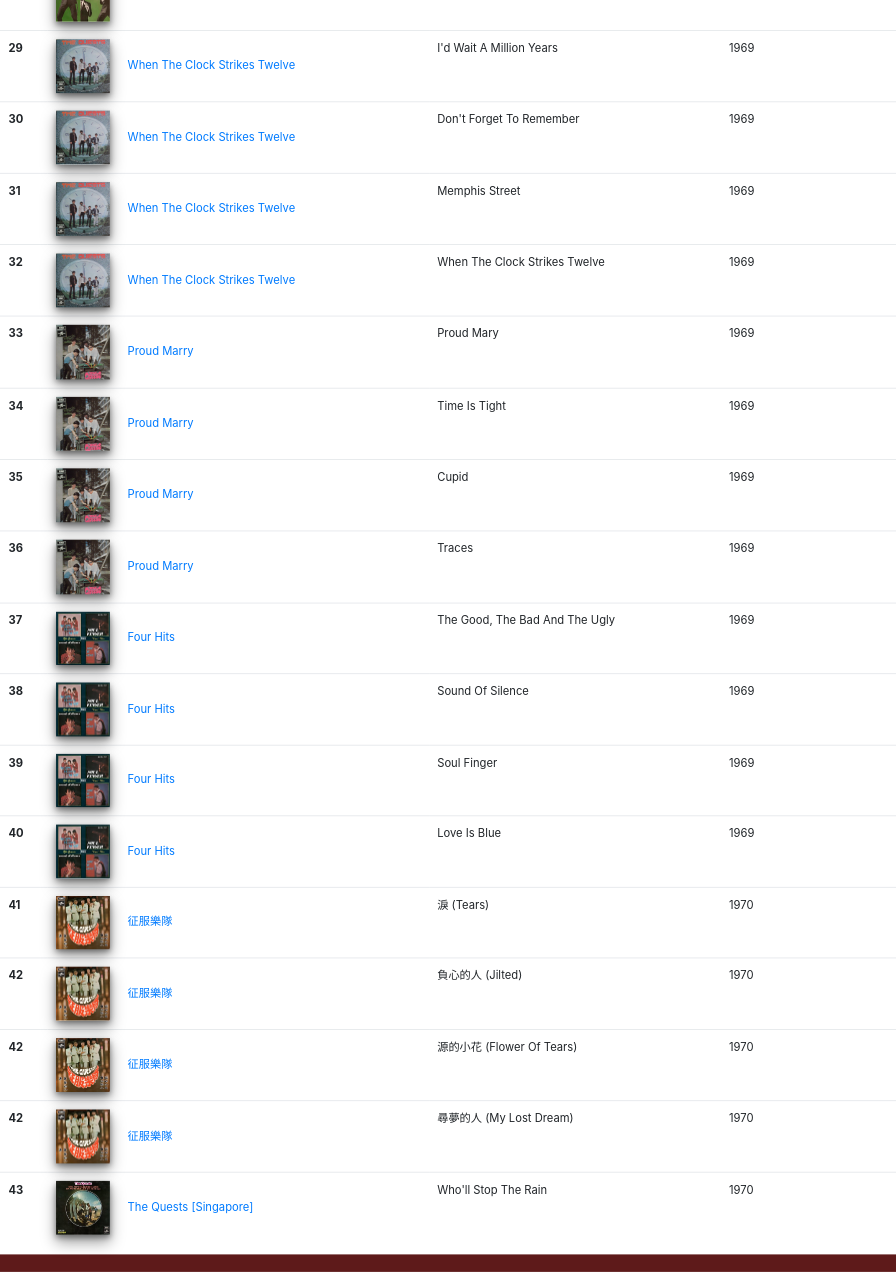
Repository: SamLookingGlass/User-Centric-Frontend-Development-Project
Page: music.html
The author's editor kept a record of every edit. The page is drawn from the files as they stood at one moment, then again after the next edit.
The browser window is 1280 px wide. The pictures show the part of the page from y = 3450 to 5370 px (the page is 5267 px tall before and 5370 px after), at 70% of full size.
Some web libraries are served in a nearby version.

Above is the page before.

### music.html
<!doctype html>
<html lang="en">

<head>
  <!-- Required meta tags -->
  <meta charset="utf-8">
  <meta name="viewport" content="width=device-width, initial-scale=1, shrink-to-fit=no">

  <!-- Bootstrap CSS -->
  <link rel="stylesheet" href="https://maxcdn.bootstrapcdn.com/bootstrap/4.0.0/css/bootstrap.min.css" integrity="sha384-Gn5384xqQ1aoWXA+058RXPxPg6fy4IWvTNh0E263XmFcJlSAwiGgFAW/dAiS6JXm" crossorigin="anonymous">

  <!-- Google Fonts CSS -->
  <link href="https://fonts.googleapis.com/css?family=Fjalla+One&display=swap" rel="stylesheet">
  <link href="https://fonts.googleapis.com/css?family=Amatic+SC&display=swap" rel="stylesheet">
  <link href="https://fonts.googleapis.com/css?family=Playfair+Display&display=swap" rel="stylesheet">

  <!-- Font Awesoe CSS -->
  <link rel="stylesheet" href="https://cdnjs.cloudflare.com/ajax/libs/font-awesome/4.7.0/css/font-awesome.min.css">

  <!-- Own Stylesheet -->
  <link href="style.css" rel="stylesheet" type="text/css" />

  <title>The Quests Official - Music</title>
</head>

<body id="borderhome">
  <nav class="fontnew" id="navbg">
    <div class="container-fluid">
      <div class="row d-lg-flex">
        <div class="col-5 navnew navleft d-flex justify-content-end">
          <ul class="d-flex">
            <li><a href="home.html">HOME</a></li>
            <li id="active"><a href="music.html">MUSIC</a></li>
            <li><a href="history.html">HISTORY</a></li>
          </ul>
        </div>
        <div class="col-2 d-lg-flex justify-content-center">
          <a class="" href="home.html">
            <img id="navlogo" class="img-fluid" src="images/logo/logo.png" alt="Quests Logo">
          </a>
        </div>
        <div class="col-5 navnew navright d-lg-flex justify-content-start">
          <ul class="d-flex">
            <li><a href="tour.html">TOUR</a></li>
            <li><a href="gallery.html">GALLERY</a></li>
          </ul>
        </div>
      </div>
    </div>
  </nav>
  <main>
    <div id="imagebg">
    </div>
  </main>
  <section>
    <div style="height:420pt" class="container-fluid">
      <div class="row">
        <div class="col-1"></div>
        <div class="col-5 fonttypo-gallery">
          <h2 class="cardbod">
            “Mrs Devan liked both songs and she asked me what my tune was called.
            <br>
            <br> I didn’t have a name, so at the spur of the moment, I said: ‘Call it Shanty’.”
            <br>
            <br>
          </h2>
          <h3>
            <span class="blockheader1">- Henry Chua, Bassist</span>
          </h3>
        </div>
        <div class="col-5 d-flex cardbod-music fonttypo-gallery">
          <div class="row">
            <iframe width="250" height="250" scrolling="no" frameborder="no" allow="autoplay" src="https://w.soundcloud.com/player/?url=https%3A//api.soundcloud.com/tracks/129465381&color=%23ff5500&auto_play=false&hide_related=false&show_comments=false&show_user=false&show_reposts=false&show_teaser=false&visual=true"></iframe>
            <iframe width="250" height="250" scrolling="no" frameborder="no" allow="autoplay" src="https://w.soundcloud.com/player/?url=https%3A//api.soundcloud.com/tracks/264145685&color=%23ff5500&auto_play=false&hide_related=false&show_comments=false&show_user=false&show_reposts=false&show_teaser=false&visual=true"></iframe>
          </div>
          <div class="row">
            <iframe width="250" height="250" scrolling="no" frameborder="no" allow="autoplay" src="https://w.soundcloud.com/player/?url=https%3A//api.soundcloud.com/tracks/2890725&color=%23ff5500&auto_play=false&hide_related=false&show_comments=false&show_user=false&show_reposts=false&show_teaser=false&visual=true"></iframe>
            <iframe width="250" height="250" scrolling="no" frameborder="no" allow="autoplay" src="https://w.soundcloud.com/player/?url=https%3A//api.soundcloud.com/tracks/2890821&color=%23ff5500&auto_play=false&hide_related=false&show_comments=false&show_user=false&show_reposts=false&show_teaser=false&visual=true"></iframe>
          </div>
        </div>
        <div class="col-1"></div>
      </div>
    </div>
  </section>
  <section>
    <table class="table table-hover">
      <thead>
        <tr>
          <th>#</th>
          <th>Album</th>
          <th>Song</th>
          <th>Year Released</th>
        </tr>
      </thead>
      <tbody class="albumclass">
        <tr>
          <th scope="row">1</th>
          <td><a href="http://www.45cat.com/record/chk1009" target="_blank"><img src="images/albums/a1.jpg" alt="Album Cover">The Quests [Singapore]</a></td>
          <td>Shanty</td>
          <td>1964</td>
        </tr>
        <tr>
          <th scope="row">2</th>
          <td><a href="http://www.45cat.com/record/chk1009" target="_blank"><img src="images/albums/a1.jpg" alt="Album Cover">The Quests [Singapore]</a></td>
          <td>Gallopin'</td>
          <td>1964</td>
        </tr>
        <tr>
          <th scope="row">3</th>
          <td><a href="http://www.45cat.com/record/chk1050" target="_blank"><img src="images/albums/a2.jpg" alt="Album Cover">The Quests [Singapore]</a></td>
          <td>Pop Inn Theme (Watch Your Step)</td>
          <td>1965</td>
        </tr>
        <tr>
          <th scope="row">4</th>
          <td><a href="http://www.45cat.com/record/chk1050" target="_blank"><img src="images/albums/a2.jpg" alt="Album Cover">The Quests [Singapore]</a></td>
          <td>Tea Break</td>
          <td>1965</td>
        </tr>
        <tr>
          <th scope="row">5</th>
          <td><a href="http://www.45cat.com/record/chk1051" target="_blank"><img src="images/albums/a3.jpg" alt="Album Cover">Keith Locke And The Quests</a></td>
          <td>Be My Girl</td>
          <td>1965</td>
        </tr>
        <tr>
          <th scope="row">6</th>
          <td><a href="http://www.45cat.com/record/chk1051" target="_blank"><img src="images/albums/a3.jpg" alt="Album Cover">Keith Locke And The Quests</a></td>
          <td>Don't PLay That Song (You Lied)</td>
          <td>1965</td>
        </tr>
        <tr>
          <th scope="row">7</th>
          <td><a href="http://www.45cat.com/record/chk1063" target="_blank"><img src="images/albums/a4.jpg" alt="Album Cover">Wishing You A Merry X'mas</a></td>
          <td>Jingle Bells</td>
          <td>1967</td>
        </tr>
        <tr>
          <th scope="row">8</th>
          <td><a href="http://www.45cat.com/record/chk1063" target="_blank"><img src="images/albums/a4.jpg" alt="Album Cover">Wishing You A Merry X'mas</a></td>
          <td>Santa Claus Is Coming To Town</td>
          <td>1967</td>
        </tr>
        <tr>
          <th scope="row">9</th>
          <td><a href="http://www.45cat.com/record/chk1063" target="_blank"><img src="images/albums/a4.jpg" alt="Album Cover">Wishing You A Merry X'mas</a></td>
          <td>White Christmas</td>
          <td>1967</td>
        </tr>
        <tr>
          <th scope="row">10</th>
          <td><a href="http://www.45cat.com/record/chk1063" target="_blank"><img src="images/albums/a4.jpg" alt="Album Cover">Wishing You A Merry X'mas</a></td>
          <td>We Wish You A Merry Christmas</td>
          <td>1967</td>
        </tr>
        <tr>
          <th scope="row">11</th>
          <td><a href="http://www.45cat.com/record/chk1065" target="_blank"><img src="images/albums/a5.jpg" alt="Album Cover">The Quests [Singapore]</a></td>
          <td>Mr. Rainbow</td>
          <td>1967</td>
        </tr>
        <tr>
          <th scope="row">12</th>
          <td><a href="http://www.45cat.com/record/chk1065" target="_blank"><img src="images/albums/a5.jpg" alt="Album Cover">The Quests [Singapore]</a></td>
          <td>Never Ever</td>
          <td>1967</td>
        </tr>
        <tr>
          <th scope="row">13</th>
          <td><a href="http://www.45cat.com/record/sego70115" target="_blank"><img src="images/albums/a6.jpg" alt="Album Cover">Go-Go Requests</a></td>
          <td>Mustapha</td>
          <td>1967</td>
        </tr>
        <tr>
          <th scope="row">14</th>
          <td><a href="http://www.45cat.com/record/sego70115" target="_blank"><img src="images/albums/a6.jpg" alt="Album Cover">Go-Go Requests</a></td>
          <td>Rose, Rose I Love You</td>
          <td>1967</td>
        </tr>
        <tr>
          <th scope="row">15</th>
          <td><a href="http://www.45cat.com/record/sego70115" target="_blank"><img src="images/albums/a6.jpg" alt="Album Cover">Go-Go Requests</a></td>
          <td>Ding Dong Twist</td>
          <td>1967</td>
        </tr>
        <tr>
          <th scope="row">16</th>
          <td><a href="http://www.45cat.com/record/sego70115" target="_blank"><img src="images/albums/a6.jpg" alt="Album Cover">Go-Go Requests</a></td>
          <td>Nonya Baba A Go Go</td>
          <td>1967</td>
        </tr>
        <tr>
          <th scope="row">17</th>
          <td><a href="http://www.45cat.com/record/echk587" target="_blank"><img src="images/albums/a7.jpg" alt="Album Cover">Instrumentally Yours</a></td>
          <td>The Indian Maid</td>
          <td>1968</td>
        </tr>
        <tr>
          <th scope="row">18</th>
          <td><a href="http://www.45cat.com/record/echk587" target="_blank"><img src="images/albums/a7.jpg" alt="Album Cover">Instrumentally Yours</a></td>
          <td>Return Of Spring</td>
          <td>1968</td>
        </tr>
        <tr>
          <th scope="row">19</th>
          <td><a href="http://www.45cat.com/record/echk587" target="_blank"><img src="images/albums/a7.jpg" alt="Album Cover">Instrumentally Yours</a></td>
          <td>Sayonara</td>
          <td>1968</td>
        </tr>
        <tr>
          <th scope="row">20</th>
          <td><a href="http://www.45cat.com/record/echk587" target="_blank"><img src="images/albums/a7.jpg" alt="Album Cover">Instrumentally Yours</a></td>
          <td>Why Go To The Template</td>
          <td>1968</td>
        </tr>
        <tr>
          <th scope="row">21</th>
          <td><a href="http://www.45cat.com/record/echk612" target="_blank"><img src="images/albums/a8.jpg" alt="Album Cover">Conquests</a></td>
          <td>Jesamine</td>
          <td>1968</td>
        </tr>
        <tr>
          <th scope="row">22</th>
          <td><a href="http://www.45cat.com/record/echk612" target="_blank"><img src="images/albums/a8.jpg" alt="Album Cover">Conquests</a></td>
          <td>What Is Soul</td>
          <td>1968</td>
        </tr>
        <tr>
          <th scope="row">23</th>
          <td><a href="http://www.45cat.com/record/echk612" target="_blank"><img src="images/albums/a8.jpg" alt="Album Cover">Conquests</a></td>
          <td>Sunshine Of Your Love</td>
          <td>1968</td>
        </tr>
        <tr>
          <th scope="row">24</th>
          <td><a href="http://www.45cat.com/record/echk612" target="_blank"><img src="images/albums/a8.jpg" alt="Album Cover">Conquests</a></td>
          <td>Hey Girl</td>
          <td>1968</td>
        </tr>
        <tr>
          <th scope="row">25</th>
          <td><a href="http://www.45cat.com/record/echk634" target="_blank"><img src="images/albums/a9.jpg" alt="Album Cover">Keith Locke And The Quests</a></td>
          <td>Don't Play That Song (You Lied)</td>
          <td>1969 (Re-released)</td>
        </tr>
        <tr>
          <th scope="row">26</th>
          <td><a href="http://www.45cat.com/record/echk634" target="_blank"><img src="images/albums/a9.jpg" alt="Album Cover">Keith Locke And The Quests</a></td>
          <td>Be My Girl</td>
          <td>1969 (Re-released)</td>
        </tr>
        <tr>
          <th scope="row">27</th>
          <td><a href="http://www.45cat.com/record/echk634" target="_blank"><img src="images/albums/a9.jpg" alt="Album Cover">Keith Locke And The Quests</a></td>
          <td>I'm On Top Of The World</td>
          <td>1969</td>
        </tr>
        <tr>
          <th scope="row">28</th>
          <td><a href="http://www.45cat.com/record/echk634" target="_blank"><img src="images/albums/a9.jpg" alt="Album Cover">Keith Locke And The Quests</a></td>
          <td>Mockingbird Hill</td>
          <td>1969</td>
        </tr>
        <tr>
          <th scope="row">29</th>
          <td><a href="https://www.discogs.com/The-Quests-When-The-Clock-Strikes-Twelve/master/1442174" target="_blank"><img src="images/albums/a10.jpg" alt="Album Cover">When The Clock Strikes Twelve</a></td>
          <td>I'd Wait A Million Years</td>
          <td>1969</td>
        </tr>
        <tr>
          <th scope="row">30</th>
          <td><a href="https://www.discogs.com/The-Quests-When-The-Clock-Strikes-Twelve/master/1442174" target="_blank"><img src="images/albums/a10.jpg" alt="Album Cover">When The Clock Strikes Twelve</a></td>
          <td>Don't Forget To Remember</td>
          <td>1969</td>
        </tr>
        <tr>
          <th scope="row">31</th>
          <td><a href="https://www.discogs.com/The-Quests-When-The-Clock-Strikes-Twelve/master/1442174" target="_blank"><img src="images/albums/a10.jpg" alt="Album Cover">When The Clock Strikes Twelve</a></td>
          <td>Memphis Street</td>
          <td>1969</td>
        </tr>
        <tr>
          <th scope="row">32</th>
          <td><a href="https://www.discogs.com/The-Quests-When-The-Clock-Strikes-Twelve/master/1442174" target="_blank"><img src="images/albums/a10.jpg" alt="Album Cover">When The Clock Strikes Twelve</a></td>
          <td>When The Clock Strikes Twelve</td>
          <td>1969</td>
        </tr>
        <tr>
          <th scope="row">33</th>
          <td><a href="https://www.discogs.com/The-Quests-Proud-Mary/master/1442173" target="_blank"><img src="images/albums/a11.jpg" alt="Album Cover">Proud Marry</a></td>
          <td>Proud Mary</td>
          <td>1969</td>
        </tr>
        <tr>
          <th scope="row">34</th>
          <td><a href="https://www.discogs.com/The-Quests-Proud-Mary/master/1442173" target="_blank"><img src="images/albums/a11.jpg" alt="Album Cover">Proud Marry</a></td>
          <td>Time Is Tight </td>
          <td>1969</td>
        </tr>
        <tr>
          <th scope="row">35</th>
          <td><a href="https://www.discogs.com/The-Quests-Proud-Mary/master/1442173" target="_blank"><img src="images/albums/a11.jpg" alt="Album Cover">Proud Marry</a></td>
          <td>Cupid</td>
          <td>1969</td>
        </tr>
        <tr>
          <th scope="row">36</th>
          <td><a href="https://www.discogs.com/The-Quests-Proud-Mary/master/1442173" target="_blank"><img src="images/albums/a11.jpg" alt="Album Cover">Proud Marry</a></td>
          <td>Traces</td>
          <td>1969</td>
        </tr>
        <tr>
          <th scope="row">37</th>
          <td><a href="http://www.45cat.com/record/echk613" target="_blank"><img src="images/albums/a12.jpg" alt="Album Cover">Four Hits</a></td>
          <td>The Good, The Bad And The Ugly</td>
          <td>1969</td>
        </tr>
        <tr>
          <th scope="row">38</th>
          <td><a href="http://www.45cat.com/record/echk613" target="_blank"><img src="images/albums/a12.jpg" alt="Album Cover">Four Hits</a></td>
          <td>Sound Of Silence</td>
          <td>1969</td>
        </tr>
        <tr>
          <th scope="row">39</th>
          <td><a href="http://www.45cat.com/record/echk613" target="_blank"><img src="images/albums/a12.jpg" alt="Album Cover">Four Hits</a></td>
          <td>Soul Finger</td>
          <td>1969</td>
        </tr>
        <tr>
          <th scope="row">40</th>
          <td><a href="http://www.45cat.com/record/echk613" target="_blank"><img src="images/albums/a12.jpg" alt="Album Cover">Four Hits</a></td>
          <td>Love Is Blue</td>
          <td>1969</td>
        </tr>
        <tr>
          <th scope="row">41</th>
          <td><a href="http://www.45cat.com/record/echk644" target="_blank"><img src="images/albums/a13.jpg" alt="Album Cover">征服樂隊</a></td>
          <td>淚 (Tears)</td>
          <td>1970</td>
        </tr>
        <tr>
          <th scope="row">42</th>
          <td><a href="http://www.45cat.com/record/echk644" target="_blank"><img src="images/albums/a13.jpg" alt="Album Cover">征服樂隊</a></td>
          <td>負心的人 (Jilted)</td>
          <td>1970</td>
        </tr>
        <tr>
          <th scope="row">42</th>
          <td><a href="http://www.45cat.com/record/echk644" target="_blank"><img src="images/albums/a13.jpg" alt="Album Cover">征服樂隊</a></td>
          <td>源的小花 (Flower Of Tears)</td>
          <td>1970</td>
        </tr>
        <tr>
          <th scope="row">42</th>
          <td><a href="http://www.45cat.com/record/echk644" target="_blank"><img src="images/albums/a13.jpg" alt="Album Cover">征服樂隊</a></td>
          <td>尋夢的人 (My Lost Dream)</td>
          <td>1970</td>
        </tr>
        <tr>
          <th scope="row">43</th>
          <td><a href="http://www.45cat.com/record/sechk649" target="_blank"><img src="images/albums/a14.jpg" alt="Album Cover">The Quests [Singapore]</a></td>
          <td>Who'll Stop The Rain</td>
          <td>1970</td>
        </tr>
      </tbody>
    </table>
  </section>
  <footer class="fixed-bottom fontfooter" id="navbg1">
    <div class="container-fluid">
      <div class="row">
        <div class="col-3">© Designed by Sam Tan </div>
        <div class="col-6 d-lg-flex justify-content-center"></div>
        <div class="col-3">
          <!--<a href=""><i class="fa fa-facebook-square" style="font-size:22px"></i></a>-->
          <a href="https://open.spotify.com/artist/4AOgY5YwQw4d5pgEX3f56A" target="_blank"><i class="fa fa-spotify" style="font-size:22px"></i></a>
          <a href="https://www.youtube.com/user/JoeWuSeattleWaUSA/featured" target="_blank"><i class="fa fa-youtube-play" style="font-size:22px"></i></a>
          <a href="https://soundcloud.com/user-73693220/keith-locke-the-quests-dont-1" target="_blank"><i class="fa fa-soundcloud" style="font-size:22px"></i></a>
          <a href="https://en.wikipedia.org/wiki/The_Quests" target="_blank"><i class="fa fa-wikipedia-w" style="font-size:22px"></i></a>
        </div>
      </div>
    </div>
  </footer>



  <!-- Optional JavaScript -->
  <!-- jQuery first, then Popper.js, then Bootstrap JS -->
  <script src="https://code.jquery.com/jquery-3.2.1.slim.min.js" integrity="sha384-KJ3o2DKtIkvYIK3UENzmM7KCkRr/rE9/Qpg6aAZGJwFDMVNA/GpGFF93hXpG5KkN" crossorigin="anonymous"></script>
  <script src="https://cdnjs.cloudflare.com/ajax/libs/popper.js/1.12.9/umd/popper.min.js" integrity="sha384-ApNbgh9B+Y1QKtv3Rn7W3mgPxhU9K/ScQsAP7hUibX39j7fakFPskvXusvfa0b4Q" crossorigin="anonymous"></script>
  <script src="https://maxcdn.bootstrapcdn.com/bootstrap/4.0.0/js/bootstrap.min.js" integrity="sha384-JZR6Spejh4U02d8jOt6vLEHfe/JQGiRRSQQxSfFWpi1MquVdAyjUar5+76PVCmYl" crossorigin="anonymous"></script>
</body>

</html>

Loaded but not shown: style.css (445 lines, source omitted)

After the next edit:
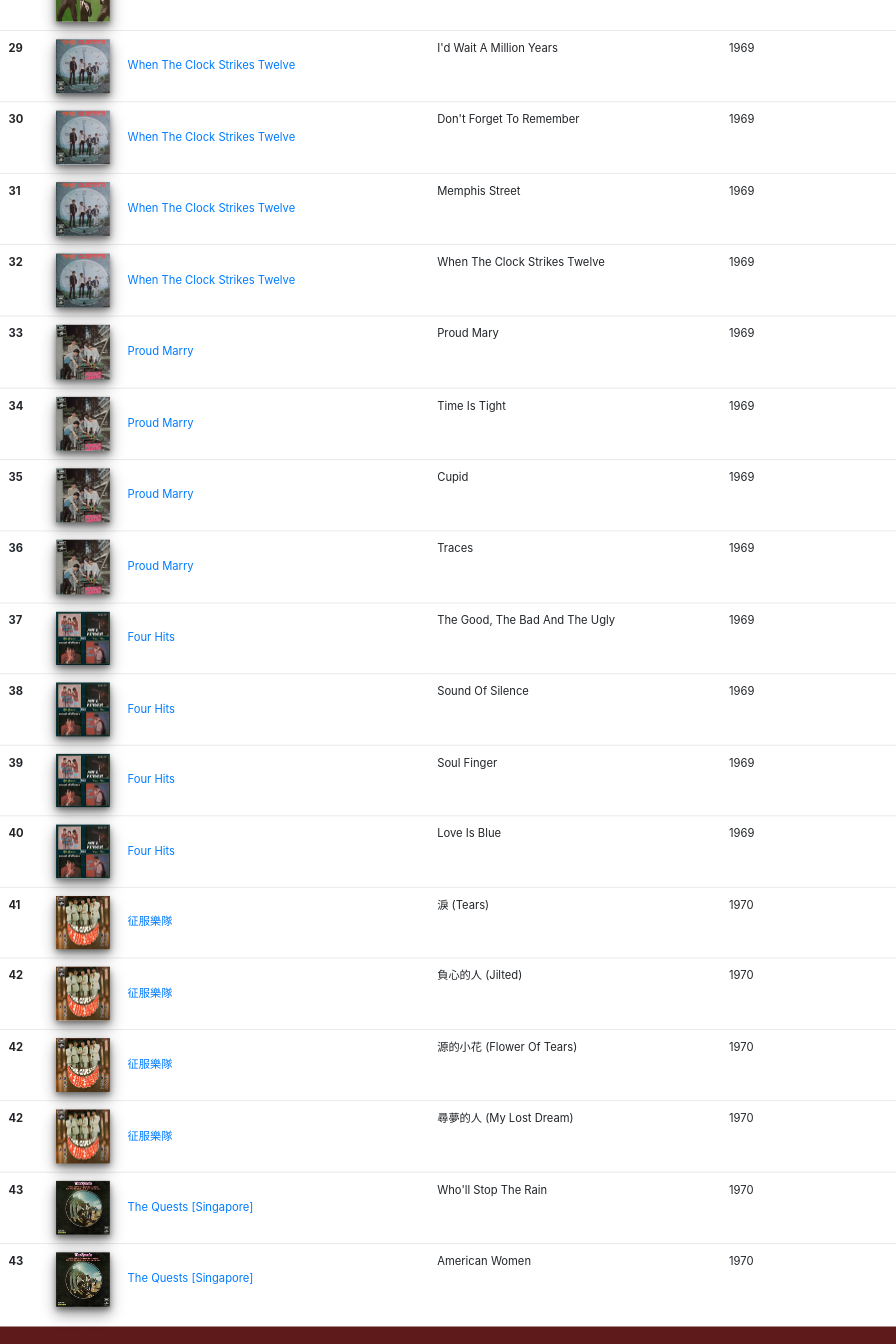
The edit:
--- a/music.html
+++ b/music.html
@@ -363,6 +363,12 @@
           <td>Who'll Stop The Rain</td>
           <td>1970</td>
         </tr>
+        <tr>
+          <th scope="row">43</th>
+          <td><a href="http://www.45cat.com/record/sechk649" target="_blank"><img src="images/albums/a14.jpg" alt="Album Cover">The Quests [Singapore]</a></td>
+          <td>American Women</td>
+          <td>1970</td>
+        </tr>
       </tbody>
     </table>
   </section>
